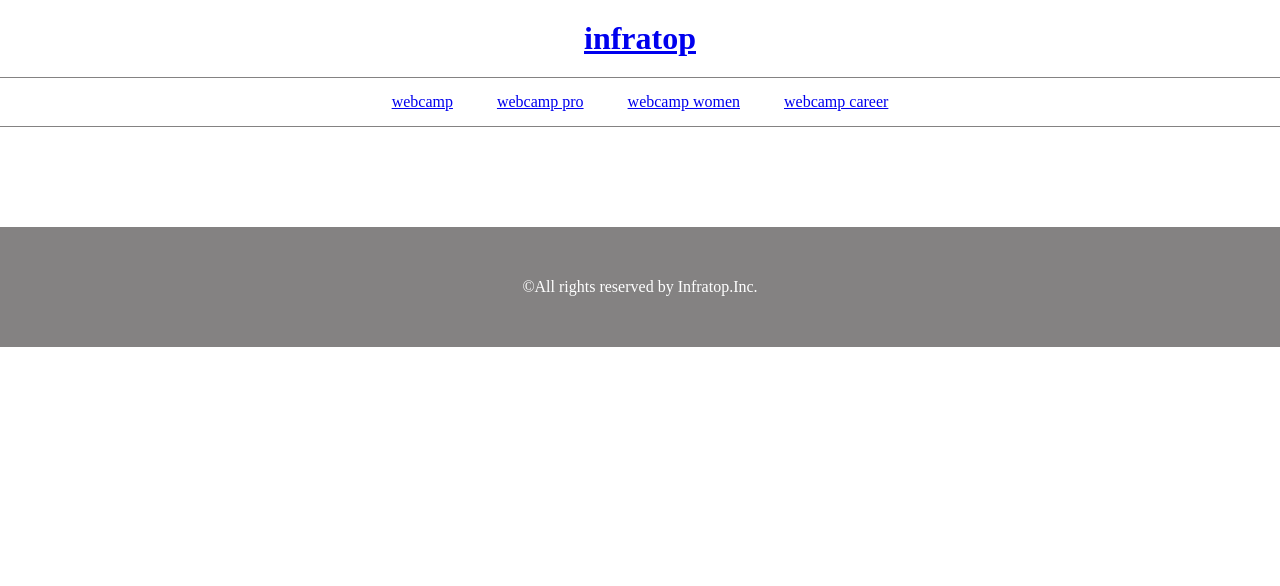
Repository: pooh0721/-
Page: chapter5/index.html
The author's editor kept a record of every edit. The page is drawn from the files as they stood at one moment, then again after the next edit.
The browser window is 1280 px wide. The pictures show the whole page.

Above is the page before.

After the next edit:
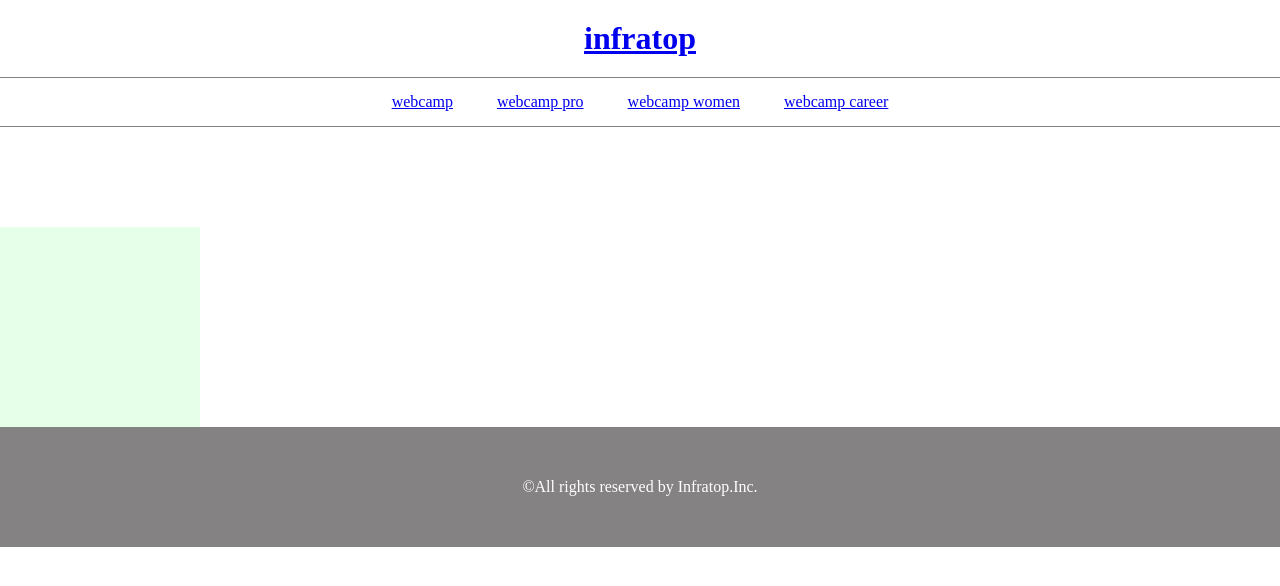
The edit:
--- a/chapter5/index.html
+++ b/chapter5/index.html
@@ -33,7 +33,7 @@
       </nav>
       <div class="main"></div>
 
-      <div class="box"></div>
+      <div class="box1"></div>
 
       <div class="box"></div>
 
